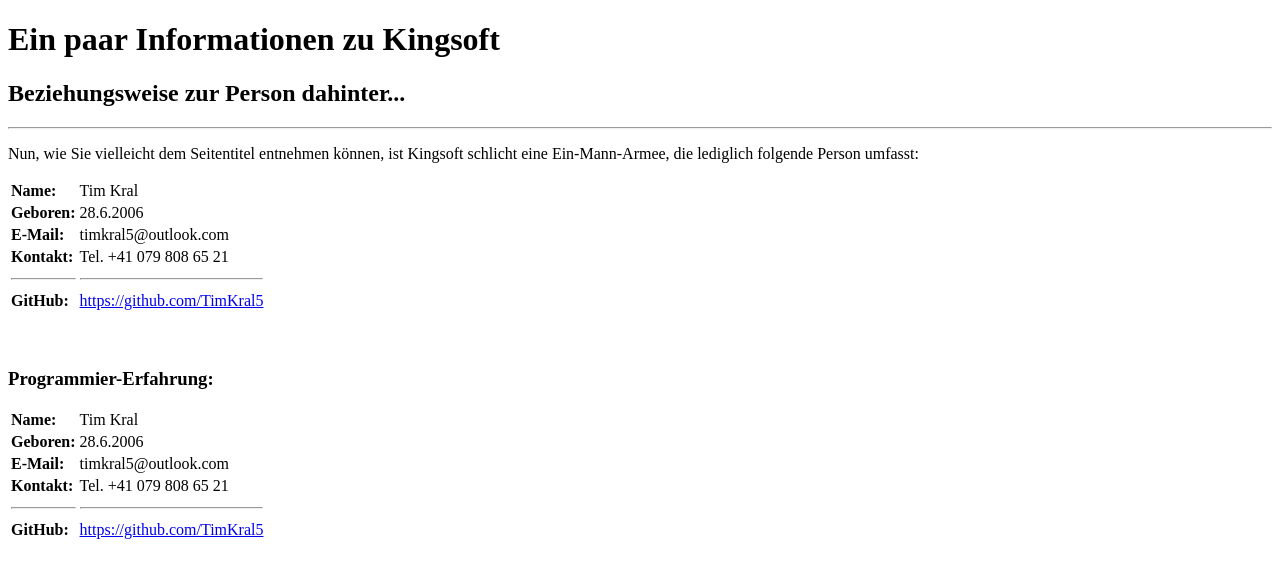
Repository: TimKral5/WikiPage
Page: Homepage/pages/about/about.htm
An editor plug-in stored every save of this project. The page is shown before and after the next save, followed by the edit.
The browser window is 1280 px wide. The pictures show the whole page.

Above is the page before, as saved 2022-11-10 23:16:22.

After the next save:
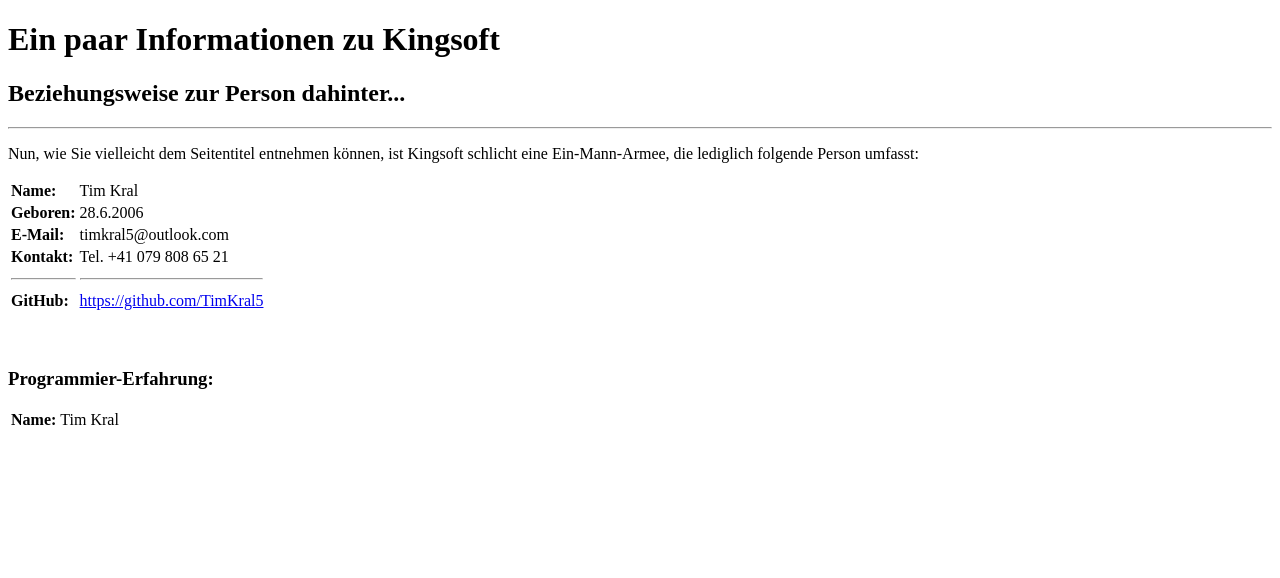
Saved 17 s later.
--- a/Homepage/pages/about/about.htm
+++ b/Homepage/pages/about/about.htm
@@ -51,26 +51,6 @@
             <td><b>Name:</b></td>
             <td>Tim Kral</td>
         </tr>
-        <tr>
-            <td><b>Geboren:</b></td>
-            <td>28.6.2006</td>
-        </tr>
-        <tr>
-            <td><b>E-Mail:</b></td>
-            <td>timkral5@outlook.com</td>
-        </tr>
-        <tr>
-            <td><b>Kontakt:</b></td>
-            <td>Tel. +41 079 808 65 21</td>
-        </tr>
-        <tr>
-            <td><hr></td>
-            <td><hr></td>
-        </tr>
-        <tr>
-            <td><b>GitHub:</b></td>
-            <td><a href="https://github.com/TimKral5">https://github.com/TimKral5</a></td>
-        </tr>
     </table>
 </body>
 
